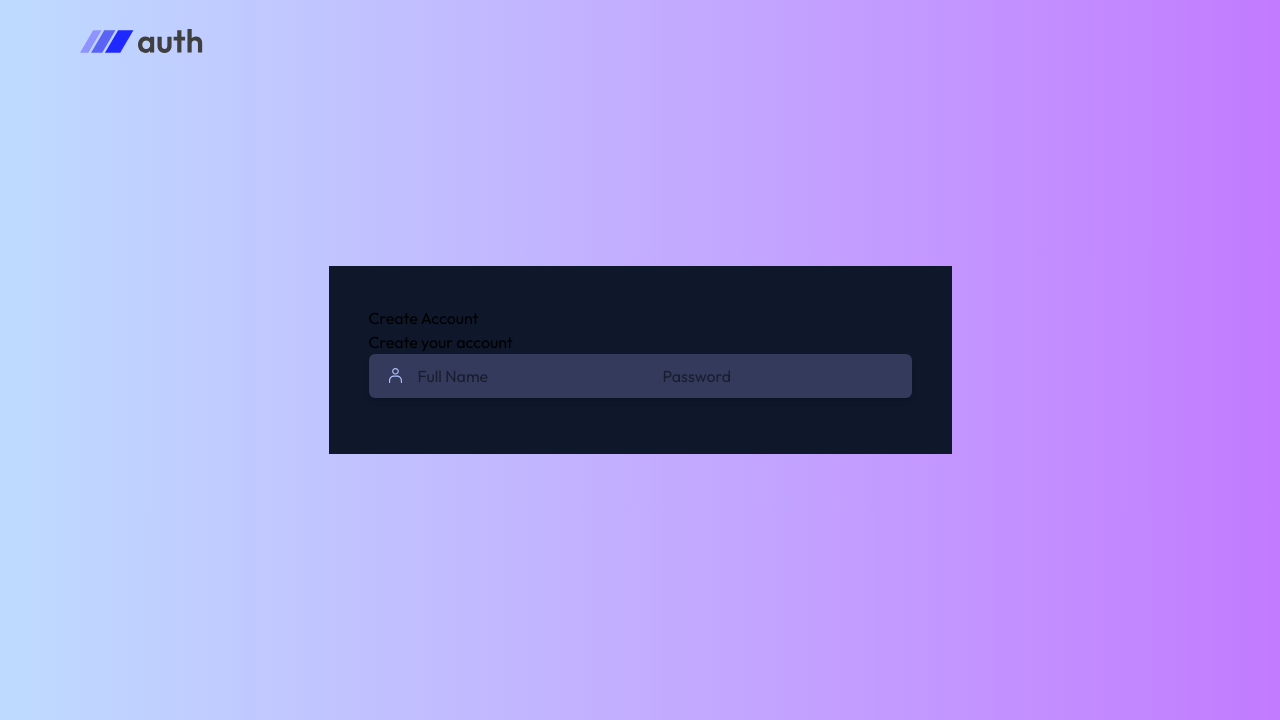
Repository: AuthnSapuarachchi/AuthnticationApplication-MERN-Stack
Page: /login (app in client/)
These files come from the project's save history. The page is drawn as it stood at one moment and after the next save; the edit follows.
The browser window is 1280 px wide. The pictures show the whole page.
The project was rebuilt for these pictures with package versions that can differ from the ones it lists, and the page was loaded fresh each time. Also part of the build but not shown: client/vite.config.js, client/src/components/NavBar.jsx, client/src/components/Header.jsx, client/src/pages/home.jsx, client/src/pages/ResetPassword.jsx, client/src/pages/EmailVerify.jsx.

Above is the page before, as saved 2025-07-31 12:07:08.

### client/index.html
<!doctype html>
<html lang="en">
  <head>
    <meta charset="UTF-8" />
    <link rel="icon" type="image/svg+xml" href="/favicon.svg" />
    <meta name="viewport" content="width=device-width, initial-scale=1.0" />
    <title>AuthCodeLab - MERN AUTH</title>
  </head>
  <body>
    <div id="root"></div>
    <script type="module" src="/src/main.jsx"></script>
  </body>
</html>

### client/src/main.jsx
import { StrictMode } from 'react'
import { createRoot } from 'react-dom/client'
import './index.css'
import App from './App.jsx'
import { BrowserRouter } from 'react-router-dom';

createRoot(document.getElementById('root')).render(
  <BrowserRouter>
    <App />
  </BrowserRouter>,
)

### client/src/index.css
@import url('https://fonts.googleapis.com/css2?family=Outfit:wght@100..900&display=swap');
@import "tailwindcss";

*{
  font-family: "Outfit", sans-serif;
}

### client/src/App.jsx
import React from 'react'
import { Routes, Router, Route } from 'react-router-dom'
import Home from './pages/home'
import Login from './pages/login'
import ResetPassword from './pages/ResetPassword'
import EmailVerify from './pages/EmailVerify'

const App = () => {
  return (
    <div>
      <Routes>
        <Route path='/' element={<Home />} />
        <Route path='/login' element={<Login />} />
        <Route path='/reset-password' element={<ResetPassword />} />
        <Route path='/email-verify' element={<EmailVerify />} />
      </Routes>
    </div>
  )
}

export default App

### client/src/pages/login.jsx
import React, { useState } from 'react'
import { assets } from '../assets/assets';

const Login = () => {
  const [state, setState] = useState('Sign Up');

  return (
    <div className='flex items-center justify-center min-h-screen px-6 sm:px-0 bg-gradient-to-r from-blue-200 to-purple-400 relative'>
      <img src={assets.logo} alt="" className='absolute left-5 sm:left-20
      top-5 w-28 sm:w-32 cursor-pointer' />
      <div className='bg-slate-900 p-10 rounded-'>
        <h2>{state === 'Sign Up' ? 'Create Account' : 'Login'}</h2>
        <p>{state === 'Sign Up' ? 'Create your account' : 'Login to your account'}</p>
        <form>
          <div className=' mb-4 flex items-center gap-4 w-full px-5 py-2.5 bg-[#333A5C] rounded-md shadow-md'>
            <img src={assets.person_icon} alt="" />
            <input type="text" placeholder='Full Name' className='bg-transparent outline-none' required/>
            <input type="password" placeholder='Password' className='bg-transparent outline-none' required/>
          </div>
        </form>
      </div>
    </div>
  )
}

export default Login

### client/src/assets/assets.js
import arrow_icon from './arrow_icon.svg'
import lock_icon from './lock_icon.svg'
import logo from './logo.svg'
import mail_icon from './mail_icon.svg'
import person_icon from './person_icon.svg'
import hand_wave from './hand_wave.png'
import header_img from './header_img.png'

export const assets = {
    arrow_icon,
    lock_icon,
    logo,
    mail_icon,
    person_icon,
    hand_wave,
    header_img
}

After the next save:
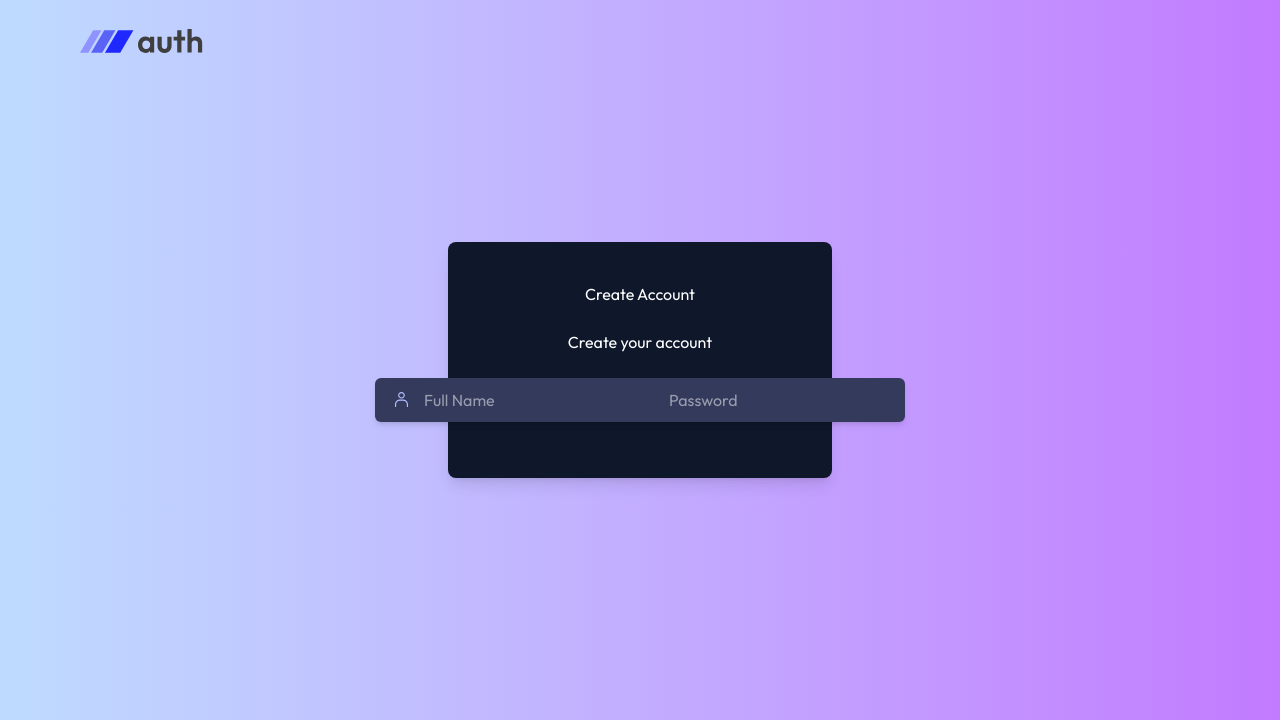
Saved 5 s later.
--- a/client/src/pages/login.jsx
+++ b/client/src/pages/login.jsx
@@ -8,7 +8,7 @@ const Login = () => {
     <div className='flex items-center justify-center min-h-screen px-6 sm:px-0 bg-gradient-to-r from-blue-200 to-purple-400 relative'>
       <img src={assets.logo} alt="" className='absolute left-5 sm:left-20
       top-5 w-28 sm:w-32 cursor-pointer' />
-      <div className='bg-slate-900 p-10 rounded-'>
+      <div className='bg-slate-900 p-10 rounded-lg shadow-lg w-full sm:w-96 text-white flex flex-col items-center gap-6'>
         <h2>{state === 'Sign Up' ? 'Create Account' : 'Login'}</h2>
         <p>{state === 'Sign Up' ? 'Create your account' : 'Login to your account'}</p>
         <form>
